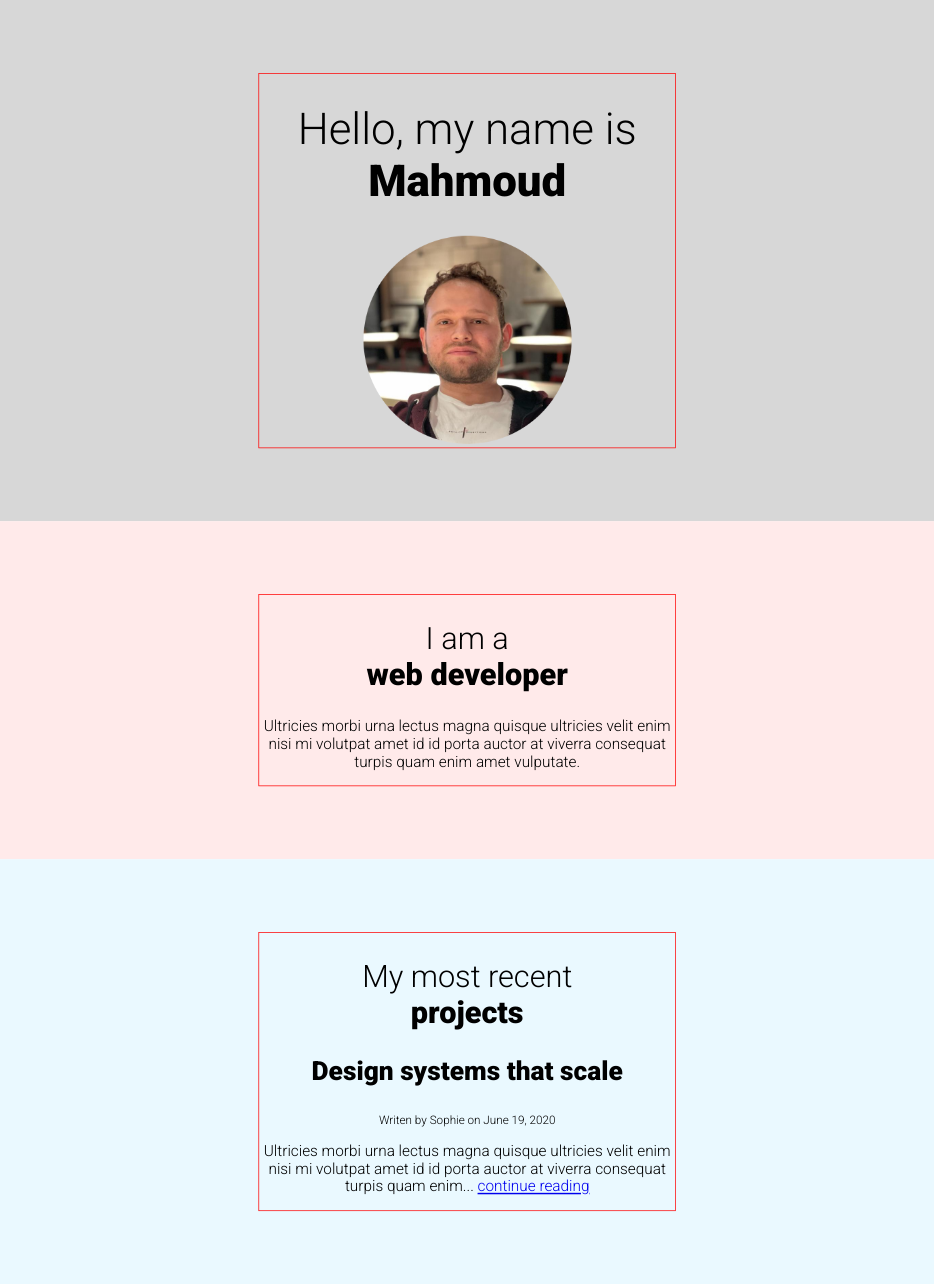
Repository: Doumham-Armah/portfolio
Page: index.html
An editor plug-in stored every save of this project. The page is shown before and after the next save, followed by the edit.
The browser window is 1280 px wide. The pictures show the whole page, at 73% of full size.

Above is the page before, as saved 2021-08-17 13:25:19.

After the next save:
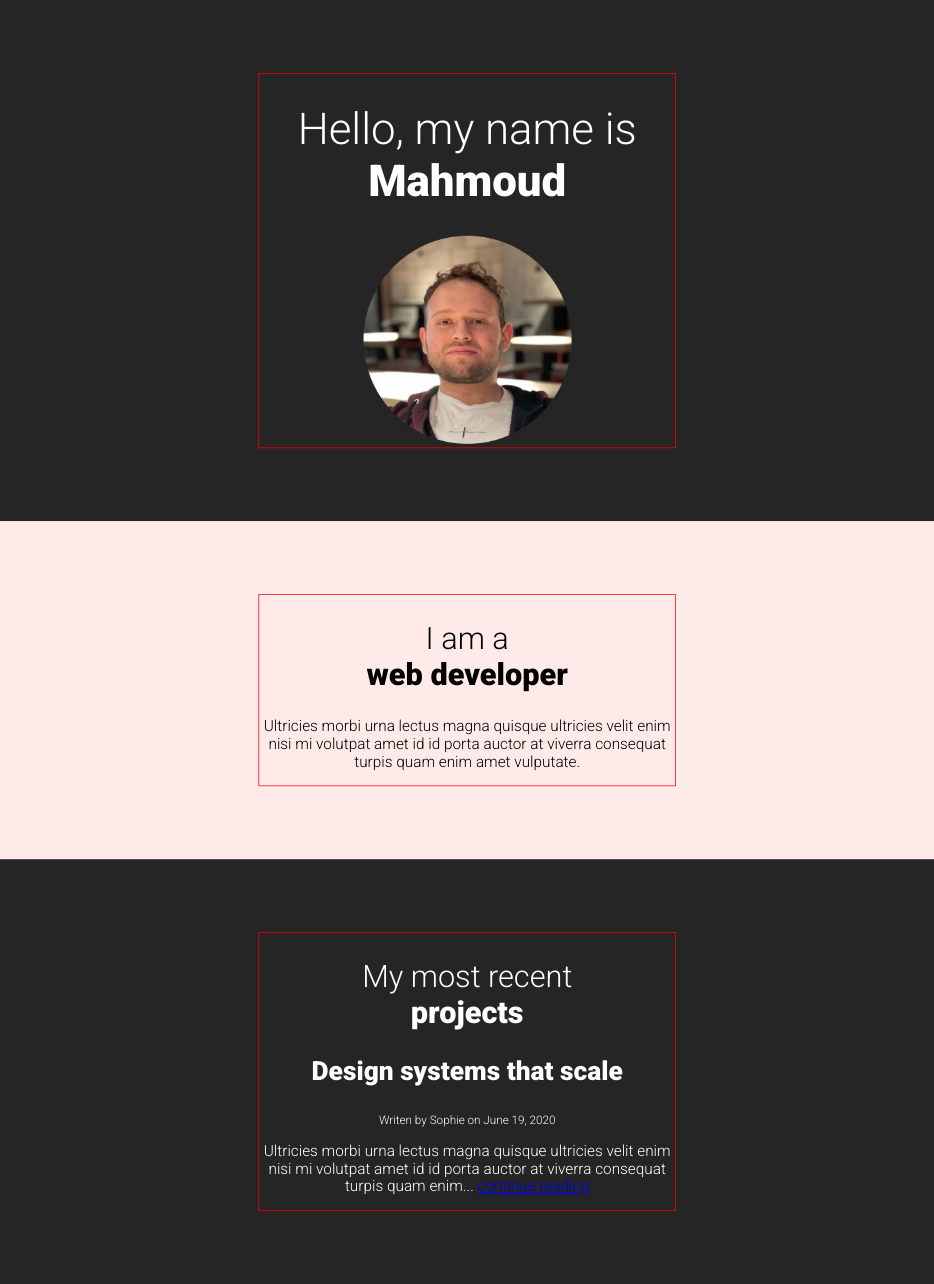
Saved 37 s later.
--- a/style.css
+++ b/style.css
@@ -59,3 +59,8 @@ header {
   max-width: 50%;
   height: auto;
 }
+
+.inverse {
+  background-color: #252525;
+  color: #fff;
+}
